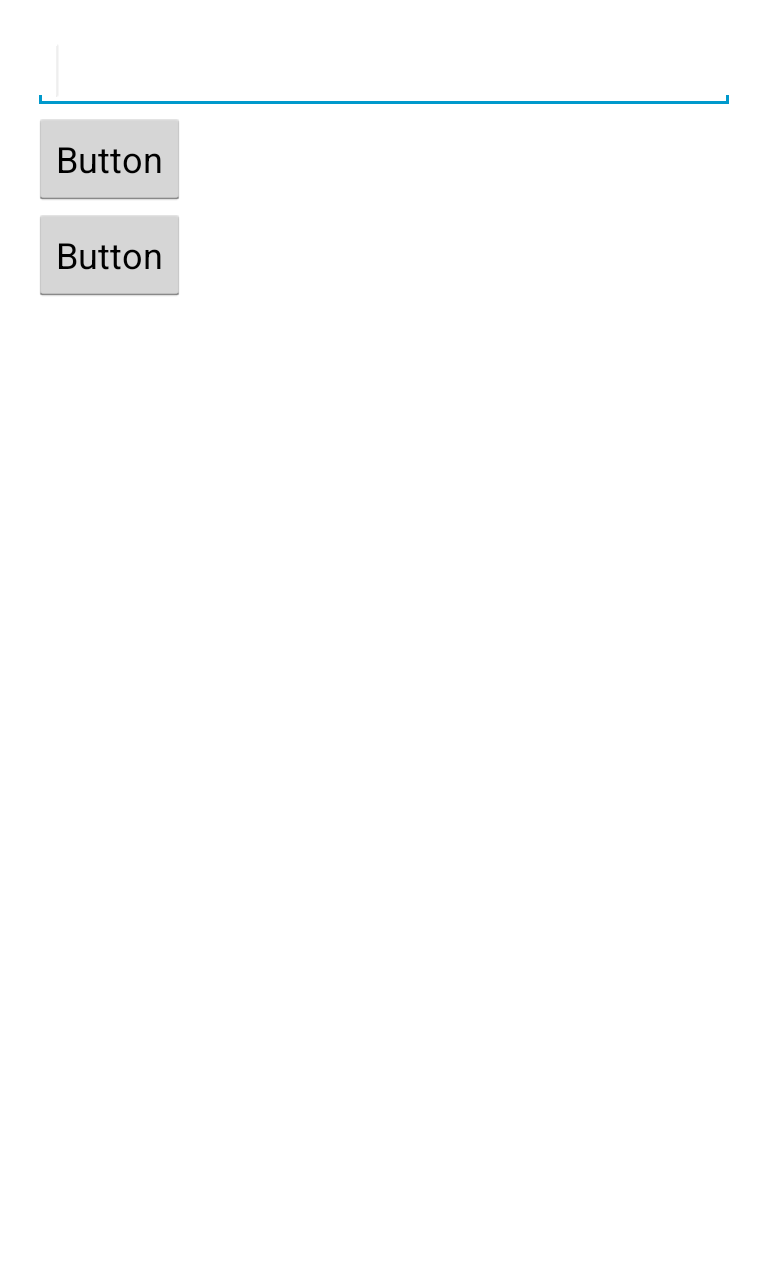
Repository: Kenwal/DemosS1
Layout: Demo5/res/layout/activity_main.xml
The author's editor kept a copy of each file at every save. The layout is drawn from the files as they stood at one save, then again after the next save.
It is drawn on a 768 x 1280 px phone screen (xhdpi) without system bars, with theme AppTheme; the app's code is not run.

Above is the layout before, as saved 2014-01-23 17:20:21.

After the next save:
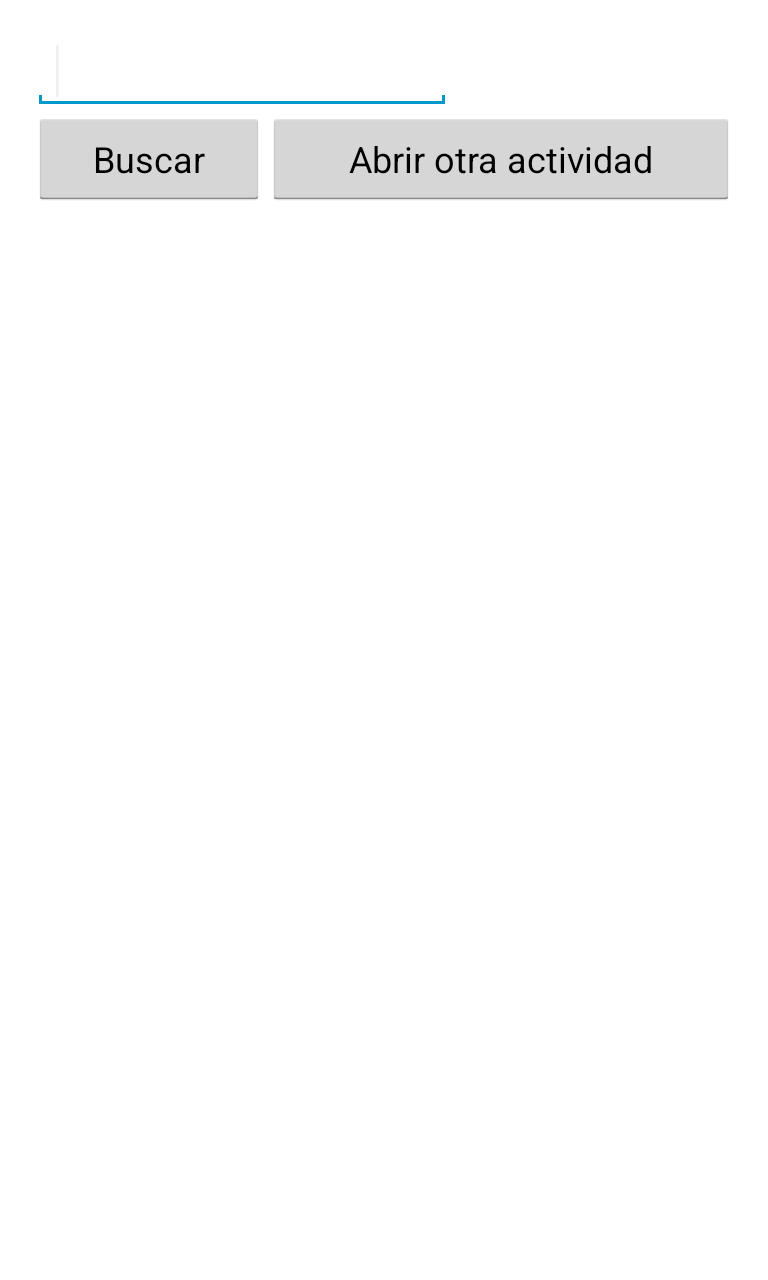
Saved 35 s later.
--- a/Demo5/res/layout/activity_main.xml
+++ b/Demo5/res/layout/activity_main.xml
@@ -11,29 +11,33 @@
     tools:context=".MainActivity" >
 
     <EditText
-        android:id="@+id/editText1"
-        android:layout_width="match_parent"
+        android:id="@+id/editTextSearchQuery"
+        android:layout_width="wrap_content"
         android:layout_height="wrap_content"
+        android:inputType="text"
         android:ems="10" >
 
         <requestFocus />
     </EditText>
 
-    <Button
-        android:id="@+id/button1"
-        android:layout_width="wrap_content"
-        android:layout_height="wrap_content"
-        android:text="Button" />
-
-    <Button
-        android:id="@+id/button2"
-        android:layout_width="wrap_content"
-        android:layout_height="wrap_content"
-        android:text="Button" />
-
     <LinearLayout
         android:layout_width="match_parent"
         android:layout_height="wrap_content" >
+
+        <Button
+	        android:id="@+id/btnSearch"
+	         android:layout_weight="1"
+	        android:layout_width="0dp"
+	        android:layout_height="wrap_content"
+	        android:text="@string/btn_search" />
+
+	    <Button
+	        android:id="@+id/btnOpenActivity"
+	        android:layout_weight="2"
+	        android:layout_width="0dp"
+	        android:layout_height="wrap_content"
+	        android:text="@string/btn_open_activity" />
+
     </LinearLayout>
 
 </LinearLayout>
